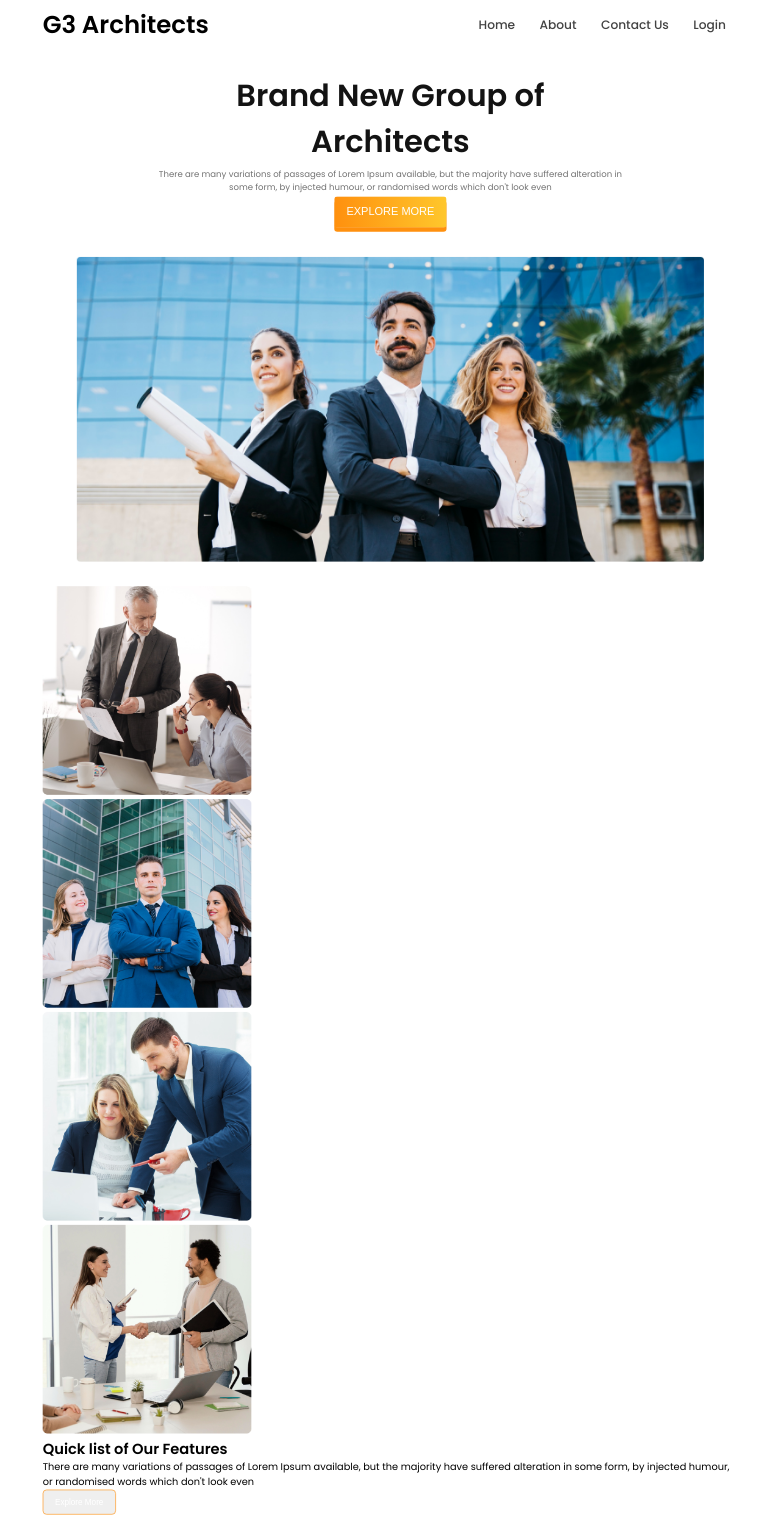
Repository: mdrubel02/G3_Architects
Page: index.html
An editor plug-in stored every save of this project. The page is shown before and after the next save, followed by the edit.
The browser window is 1280 px wide. The pictures show the whole page, at 61% of full size.

Above is the page before, as saved 2023-01-14 23:46:30.

After the next save:
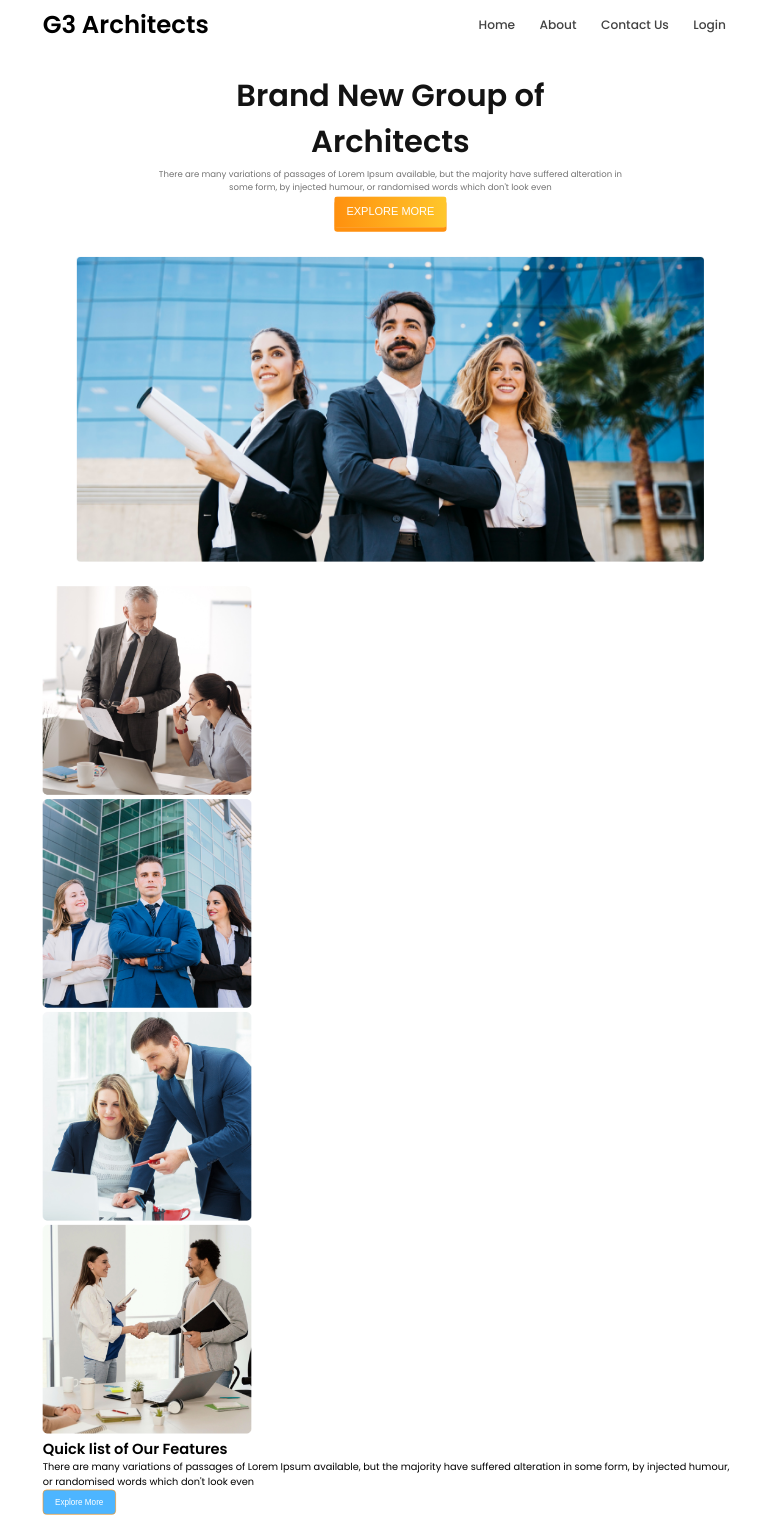
Saved 9 s later.
--- a/index.html
+++ b/index.html
@@ -58,7 +58,7 @@
             <div class="features_right">
                 <h1><span>Quick list</span> <span>of Our</span> <span>Features</span></h1>
                 <p>There are many variations of passages of Lorem Ipsum available, but the majority have suffered alteration in some form, by injected humour, or randomised words which don't look even</p>
-                <button class="btn">Explore More</button>
+                <button class="btn btn-secondary">Explore More</button>
             </div>
         </div>
     </section>
